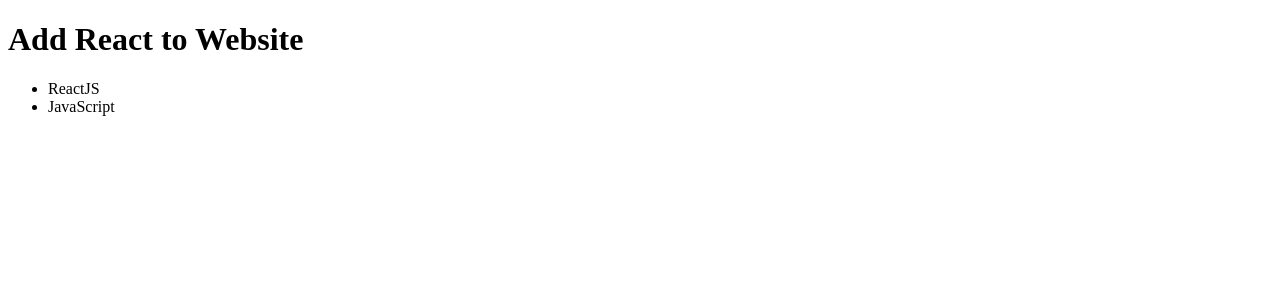
Repository: thuan711/Knowledge-Reacjs
Page: React-Element.html
These files come from the project's save history. The page is drawn as it stood at one moment and after the next save; the edit follows.
The browser window is 1280 px wide. The pictures show the whole page.

Above is the page before, as saved 2023-06-09 10:12:06.

### React-Element.html
<!DOCTYPE html>
<html lang="en">
<head>
    <meta charset="UTF-8">
    <meta http-equiv="X-UA-Compatible" content="IE=edge">
    <meta name="viewport" content="width=device-width, initial-scale=1.0">
    <title>ReactJS</title>
    <script src="https://unpkg.com/react@18/umd/react.development.js" crossorigin></script>
    <script src="https://unpkg.com/react-dom@18/umd/react-dom.development.js" crossorigin></script>
</head>
<body>
    <h1>Add React to Website</h1>
    <!--
        1. Github, NPMJS, UNPKG
        - Github là nơi lưu trữ mã nguồnhttps://github.com/facebook/react
        - NPMJS là nơi lưu trữ sản phẩm được built từ mã nguồn https://www.npmjs.com/
        - UNPKG dùng để lấy các thư viện bên NPMJS https://unpkg.com/react@18.2.0/index.js
        2. Add React to website
        3. Official doc
    -->
    <!--
        1. React.createElement() -> React element
        2. So sánh với document.createElement() -> DOM element
        3. Thay đổi: id, className, style, ...
        4. Thêm: text, HTML
        5. Tạo: <h1 title="Hello" class="heading">Hello World</h1>
        6. Tạo:
        <ul>
            <li>ReactJS</li>
            <li>JavaScript</li>
        </ul>
        7. Tạo:
        <div class="post-item">
            <h2 title="React">Học ReactJS</h2>
            <p>Học ReactJS từ cơ bản đến nâng cao</p>
        </div>
    -->
    <div id="root"></div>
    <script>
        // 7
        const divR = React.createElement('div',
        {className:'post-item'},
        React.createElement('h2',{title:'React'},'Học ReactJS'),
        React.createElement('p',null,'Học ReactJS từ cơ bản đến nâng cao')
        )
        console.log(divR);
        // 5
        //DOM
        const h1DOM = document.createElement('h1');
        h1DOM.title = 'Hello'
        h1DOM.className = 'heading'
        h1DOM.innerText = 'Hello World!'
        //document.body.appendChild(h1DOM);
        //React -> React-DOM
        //React.createElement(type,props,children,n);
        const h1React = React.createElement('h1',{
            title: 'Hello',
            className: 'headings',
        },'Hello World!')

        //console.dir(h1DOM);
        console.log(h1React);
        //6
        const ulDOM = document.createElement('ul');
        const liDOM1 = document.createElement('li');
        liDOM1.innerHTML='ReactJS'
        const liDOM2 = document.createElement('li');
        liDOM2.innerHTML='Javascript'
        ulDOM.appendChild(liDOM1);
        ulDOM.appendChild(liDOM2);
        //document.body.appendChild(ulDOM);
        //React
        const ulReact = React.createElement(
            'ul',
            null,
            React.createElement('li',null,'ReactJS'),
            React.createElement('li',null,'JavaScript')
        )
        console.log(ulReact);
        const container = document.getElementById('root');
        // React-DOM -> render UI
        const root = ReactDOM.createRoot(container);
        root.render(ulDOM);
        const container1 = document.getElementById('root');
        // React-DOM -> render UI
        const root1 = ReactDOM.createRoot(container1);
        //root1.render(divR);
        root.render(ulReact);
    </script>
</body>
</html>

After the next save:
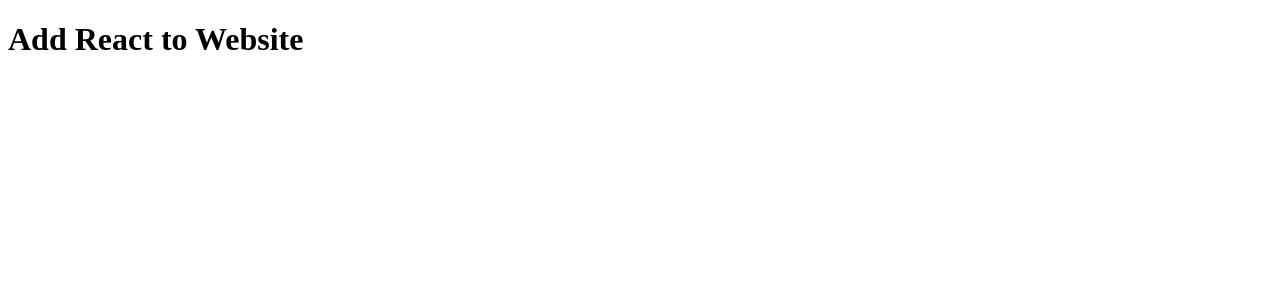
Console error (its wording comes from the project's code and is left out).
Saved 18 s later.
--- a/React-Element.html
+++ b/React-Element.html
@@ -81,11 +81,8 @@
         // React-DOM -> render UI
         const root = ReactDOM.createRoot(container);
         root.render(ulDOM);
-        const container1 = document.getElementById('root');
-        // React-DOM -> render UI
-        const root1 = ReactDOM.createRoot(container1);
-        //root1.render(divR);
-        root.render(ulReact);
+
+
     </script>
 </body>
 </html>

After the save that followed:
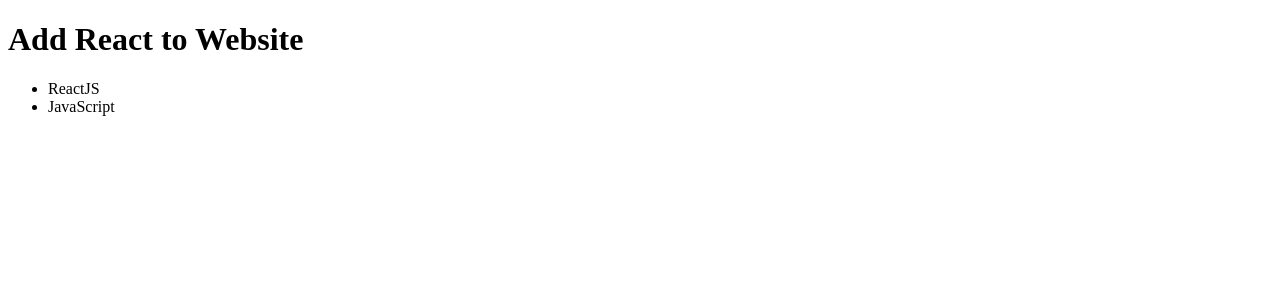
The error is gone.
Saved 22 s later.
--- a/React-Element.html
+++ b/React-Element.html
@@ -80,9 +80,13 @@
         const container = document.getElementById('root');
         // React-DOM -> render UI
         const root = ReactDOM.createRoot(container);
-        root.render(ulDOM);
+        root.render(divR);
 
-
+        const container1 = document.getElementById('root');
+        // React-DOM -> render UI
+        const root1 = ReactDOM.createRoot(container1);
+        //root1.render(divR);
+        root.render(ulReact);
     </script>
 </body>
 </html>
